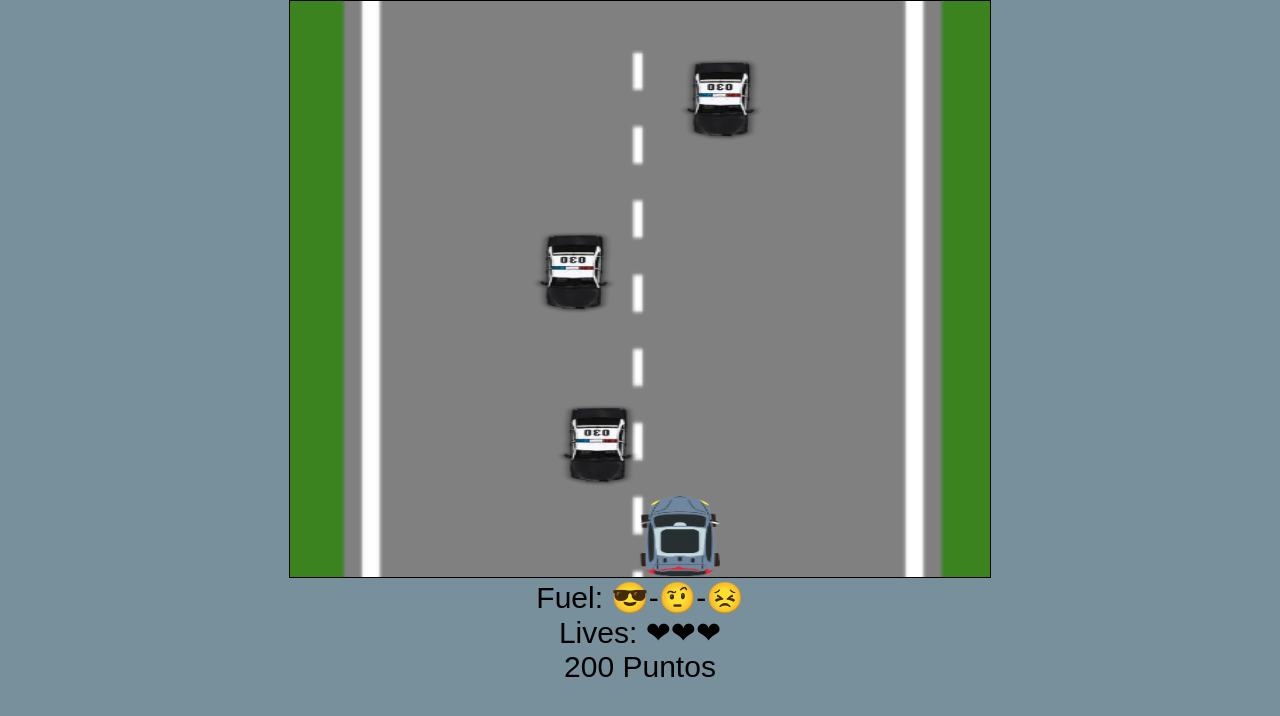
Repository: ChristianGecchelin/ironCarGame
Page: canvas.html
These files come from the project's save history. The page is drawn as it stood at one moment and after the next save; the edit follows.
The browser window is 1280 px wide. The pictures show the whole page.

Above is the page before, as saved 2022-06-14 17:53:46.

### canvas.html
<!DOCTYPE html>
<html lang="en">
  <head>
    <meta charset="UTF-8" />
    <meta http-equiv="X-UA-Compatible" content="IE=edge" />
    <meta name="viewport" content="width=device-width, initial-scale=1.0" />
    <title>Canvas</title>
    <link rel="stylesheet" href="./styles/style.css" />
  </head>
  <body>
    <div class="flex">
      <canvas id="canvas" height="700" width="500"> </canvas>
      <div class="info"></div>
    </div>
    <script src="./src/road.js"></script>
    <script src="./src/coche.js"></script>
    <script src="./src/info.js"></script>
    <script src="./src/index.js"></script>
  </body>
</html>

### styles/style.css
* {
  padding: 0;
  margin: 0;
  text-align: center;
  font-family: sans-serif;
}
body {
  background-color: #78909c;
}
.game-intro {
  display: flex;
  flex-direction: column;
  justify-content: center;
  align-items: center;
  padding: 0% 10%;
  height: 100vh;
}
.flex {
  display: flex;
  flex-direction: column;
  justify-content: center;
  align-items: center;
}
canvas {
  height: 80vh;
  width: 700px;
  background-image: url("../images/road.png");
  background-size: cover;
  background-repeat: no-repeat;
}
.info {
  display: flex;
  flex-direction: column;
  align-items: center;
  justify-content: center;
  height: 15vh;
  width: 700px;
}
.information {
  width: 100%;
  font-size: 30px;
  margin: 0;
}

.game-intro p {
  font-size: 18px;
  font-family: "Verdana";
}

.logo-img {
  width: 350px;
}

.arrows-img {
  width: 150px;
}

body button {
  font-size: 30px;
  background-color: #c42830;
  color: #fff;
  padding: 20px 40px;
  border: 0;
  box-shadow: 0;
  border-radius: 5px;
  cursor: pointer;
  margin-bottom: 20px;
}

.button {
  font-size: 30px;
  background-color: #870007;
  color: #fff;
  padding: 20px 40px;
  border: 0;
  box-shadow: 0;
  border-radius: 5px;
  cursor: pointer;
  margin-bottom: 20px;
}

#game-board {
  float: left;
  padding: 20px 0px;
  display: flex;
  flex-direction: column;
  justify-content: center;
}

#endScreen {
  font-family: Verdana, Geneva, Tahoma, sans-serif;
  width: 500px;
  background-color: white;
  border: 1px solid black;
}

#canvas {
  border: 1px solid black;
}

#endScreen {
  position: absolute;
}

.redText {
  color: red;
  font-weight: bolder;
}

#placeHolderImg {
  width: 500px;
  height: 700px;
  position: absolute;
  display: none;
  background-image: url("./../images/road2.png");
  background-repeat: no-repeat;
  background-size: 500px 700px;
}

.divInstructions {
  margin: 0 auto;
  width: 50%;
  border: 1px solid black;
  margin-bottom: 20px;
  padding: 20px 20px;
}

/* Class preventing pointer events while moving the car */
.noPointers {
  pointer-events: none;
  -webkit-user-select: none;
  -moz-user-select: none;
  -ms-user-select: none;
  user-select: none;
}

### src/road.js
let image = new Image();
image.src = "../images/road.png";
const backgroundImage = {
  img: image,
  y: 1000,
  speed: -1,

  move: function () {
    this.y -= this.speed;
    this.y %= canvas.height;
  },

  draw: function () {
    ctx.drawImage(this.img, 0, 0, 500, 700);
    /* if (this.speed < 0) {
      ctx.drawImage(this.img, 0, this.y - canvas.height, 500, 700);
    } else {
      ctx.drawImage(this.img, 0, this.y + canvas.height, 500, 700);
    } */
  },
};

### src/coche.js
class Objeto {
  constructor(x, y, ancho, alto, imagen, ctx) {
    this.x = x;
    this.y = y;
    this.ancho = ancho;
    this.alto = alto;
    this.imagen = imagen;
    this.ctx = ctx;
    this.step = 7;
    this.points = 0;
    this.lives = 3;
  }
  dibujar() {
    ctx.drawImage(this.imagen, this.x, this.y, this.ancho, this.alto);
  }

  borrar() {
    ctx.clearRect(this.x, this.y, this.ancho, this.alto);
  }
  detectarColision(objeto) {
    if (
      this.x < objeto.x + objeto.ancho &&
      this.x + this.ancho > objeto.x &&
      this.y < objeto.y + objeto.alto &&
      this.alto + this.y > objeto.y
    ) {
      const enemyIndex = enemies.indexOf(objeto);
      enemies.splice(enemyIndex, 1);
      objeto.borrar();

      if (this.lives > 0) {
        this.lives--;
      } else {
        alert("CuloRoto");
      }
    }
  }
}

/* class Player extends Objeto {
  constructor(x, y, ancho, alto, imagen, ctx, lives, fuel) {
    super(x, y, ancho, alto, imagen, ctx);
    this.step = Objeto.step + 2;
    this.lives = lives;
    this.fuel = fuel;
  }
  dibujar() {
    ctx.globalCompositeOperation = "source-over";
    ctx.drawImage(this.imagen, this.x, this.y, this.ancho, this.alto);
  }
} */
/* class BossEnemy {
  constructor(x, y, ancho, alto, imagen, ctx) {
    super(x, y, ancho, alto, imagen, ctx);
  }
  movimiento() {
    this.borrar();
    this.x = this.x - this.step;
    this.dibujar();
    this.borrar();
    this.x = this.x + this.step;
    this.dibujar();
  }
} */

### src/info.js
let points = 0;
let info = document.querySelector(".info");
let fuel = document.createElement("p");
fuel.setAttribute("class", "information");
info.appendChild(fuel);
let lives = document.createElement("p");
lives.setAttribute("class", "information");
info.appendChild(lives);
let puntuacion = document.createElement("p");
puntuacion.setAttribute("class", "information");
info.appendChild(puntuacion);
fuel.innerText = "Fuel: 😎-🤨-😣";
lives.innerText = "Lives: ❤❤❤";
puntuacion.innerText = `${points} Puntos`;

### src/index.js
const canvas = document.querySelector("#canvas");
const ctx = canvas.getContext("2d");
let enemies = [];

let cochePlayer = new Image();
cochePlayer.src = "../images/car.png";

const player = new Objeto(250, 600, 60, 100, cochePlayer, ctx);

let enemyImage = new Image();
enemyImage.src = "../images/car2.png";

const jugar = () => {
  for (let enemy of enemies) {
    enemy.borrar();
    enemy.y += enemy.step;
    enemy.dibujar();
    player.detectarColision(enemy);
    setInterval(aumentarVelocidad, 10000);
  }
};

const createEnemies = () => {
  const enemy = new Objeto(
    Math.floor(Math.random() * (400 - 50) + 50),
    0,
    60,
    100,
    enemyImage,
    ctx
  );
  enemies.push(enemy);
};

const sumarPuntos = () => {
  player.points += 100;
  puntuacion.innerText = `${player.points} Puntos`;
};

const aumentarVelocidad = () => {
  enemy.step += 2;
};

const cargaInicial = () => {
  player.dibujar();
  setInterval(jugar, 50);
  setInterval(createEnemies, 1500);
  setInterval(sumarPuntos, 2000);
};

const moverPlayer = (e) => {
  player.borrar();
  if (e.key === "ArrowLeft" && player.x > 50) {
    player.x -= player.step;
  }
  if (e.key === "ArrowRight" && player.x < 400) {
    player.x += player.step;
  }
  if (e.key === "ArrowUp" && player.y > 0) {
    player.y -= player.step;
  }
  if (e.key === "ArrowDown" && player.y < 600) {
    player.y += player.step;
  }
  player.dibujar();
};

window.addEventListener("load", cargaInicial);
document.addEventListener("keydown", moverPlayer);

After the next save:
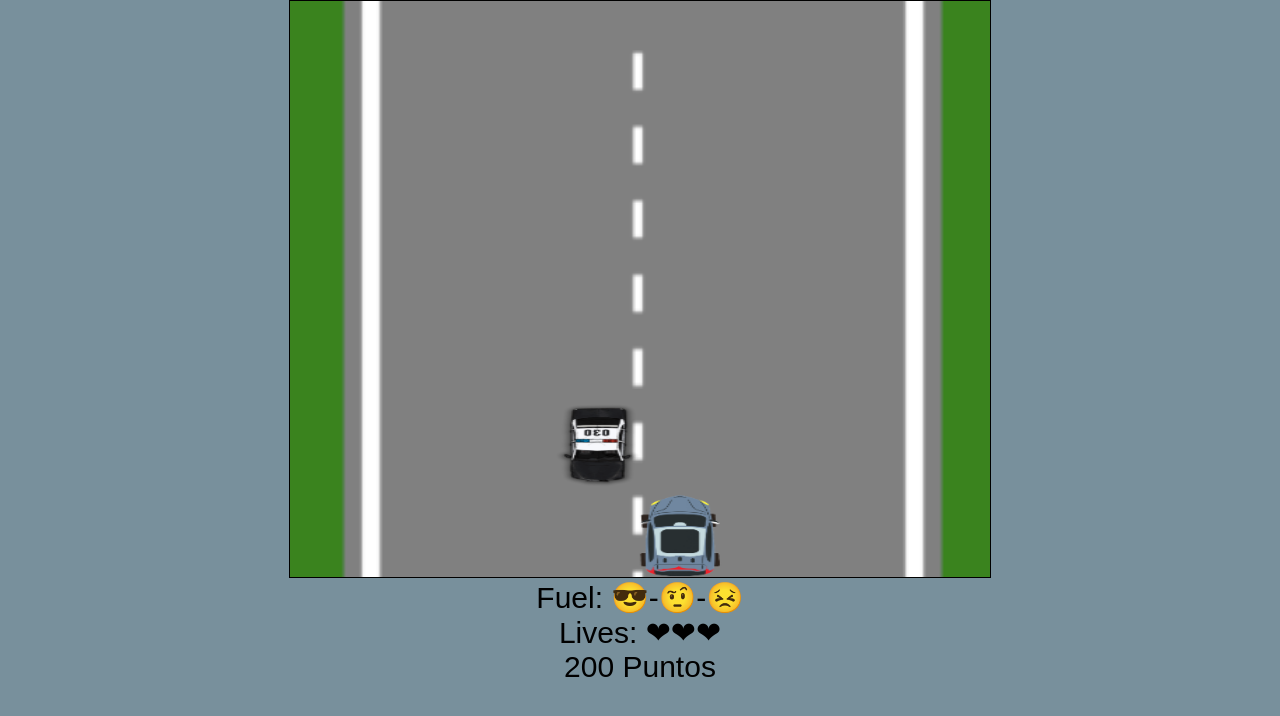
Console error: ReferenceError: aumentarVelocidad is not defined
Saved 113 s later.
--- a/src/index.js
+++ b/src/index.js
@@ -37,10 +37,6 @@ const sumarPuntos = () => {
   puntuacion.innerText = `${player.points} Puntos`;
 };
 
-const aumentarVelocidad = () => {
-  enemy.step += 2;
-};
-
 const cargaInicial = () => {
   player.dibujar();
   setInterval(jugar, 50);

After the save that followed:
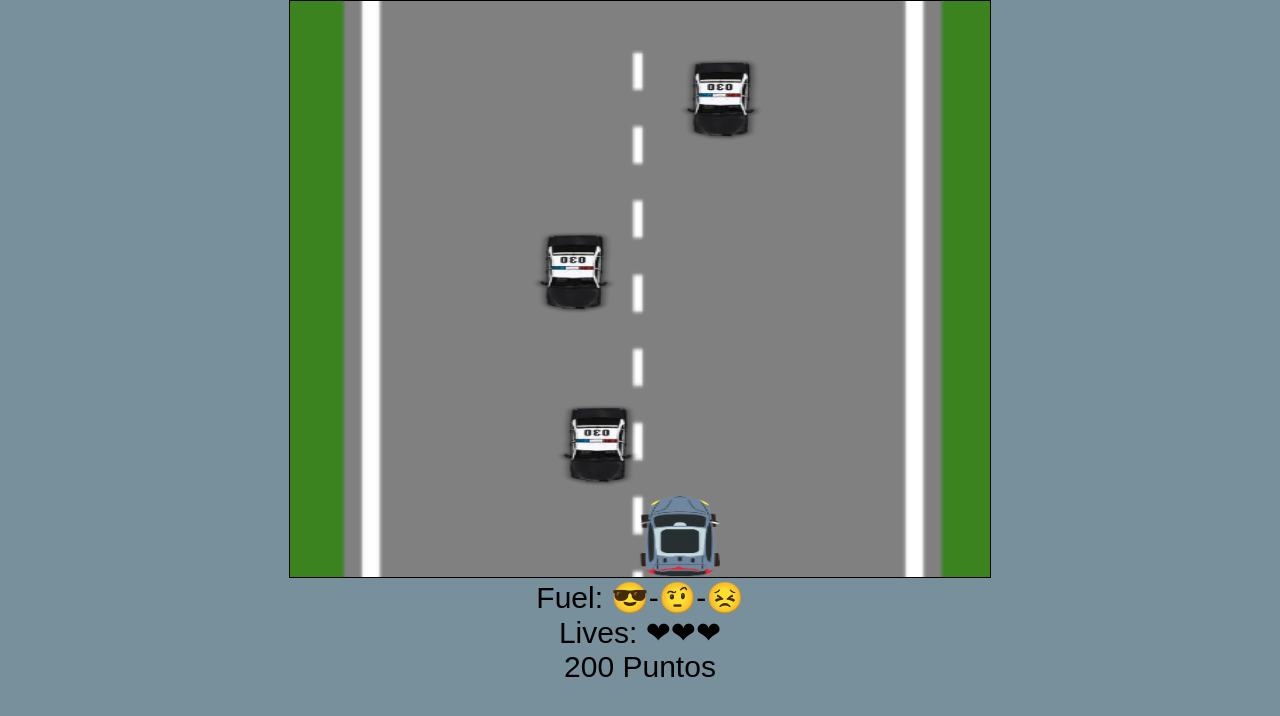
The error is gone.
Saved 7 s later.
--- a/src/index.js
+++ b/src/index.js
@@ -16,7 +16,6 @@ const jugar = () => {
     enemy.y += enemy.step;
     enemy.dibujar();
     player.detectarColision(enemy);
-    setInterval(aumentarVelocidad, 10000);
   }
 };
 
